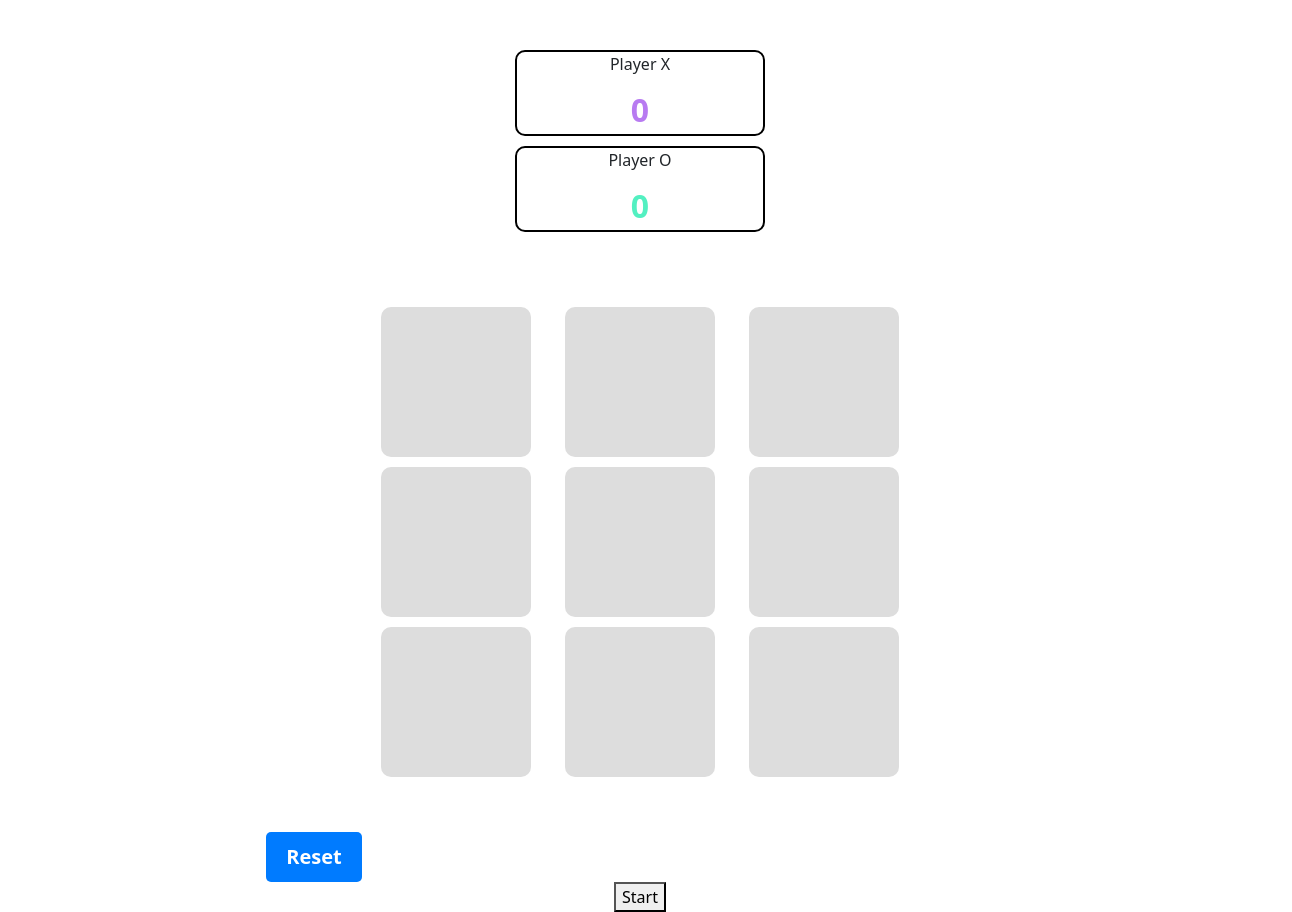
Repository: woodsdeshe/Tic-Tac-Toe
Page: index.html
An editor plug-in stored every save of this project. The page is shown before and after a run of saves, followed by the edit.
The browser window is 1280 px wide. The page is 1292 px wide, so the pictures cover 1292 px, including what lies to the right of the window. The pictures show the whole page.

Above is the page before, as saved 2023-03-31 21:12:25.

After the next 2 saves:
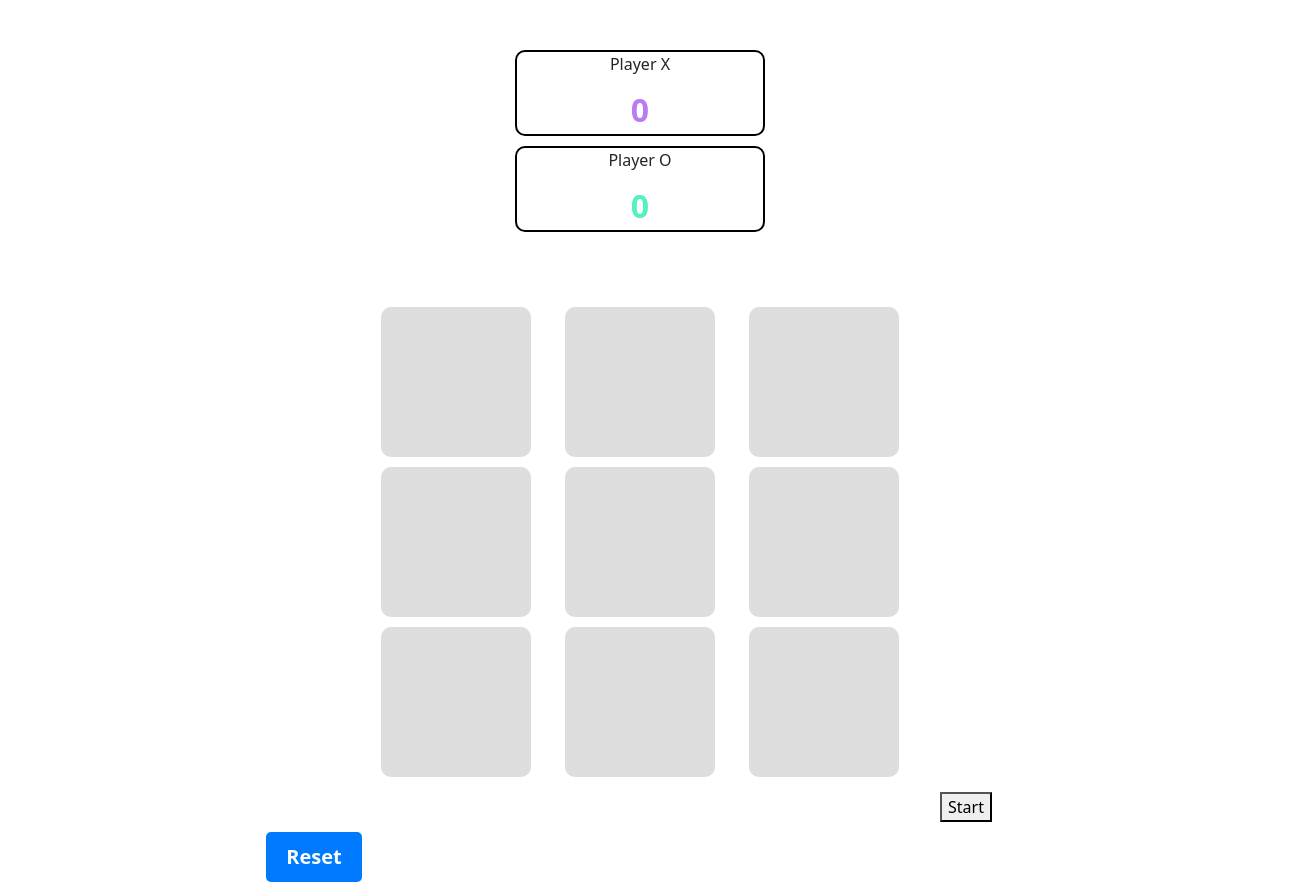
The 2 saves are shown as one change because they came seconds apart.
The last was saved 8 s later.
--- a/index.html
+++ b/index.html
@@ -68,10 +68,10 @@
             <button class="reset-btn">Reset</button>
           </div>
         </div>
-        <div class="col"></div>
-        <div class="start">
+        <div class="col"> <div class="start">
           <button class="startBtn">Start</button>
-        </div>
+        </div></div>
+
       </div>
     </div>
     <script
